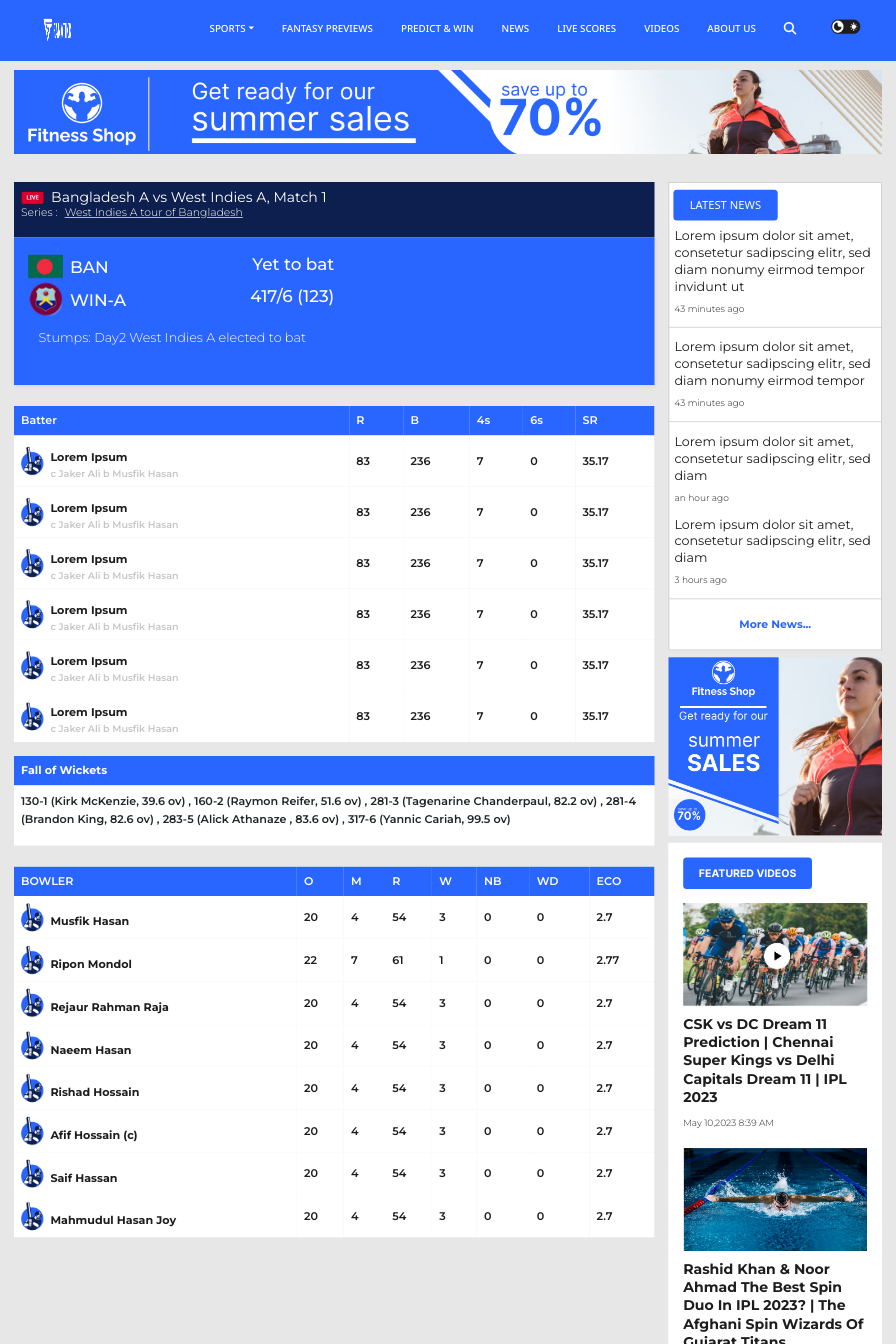
Repository: FlyweisReact/Kannapa
Page: /scoreCard
The author's editor kept a copy of each file at every save. The page is drawn from the files as they stood at one save, then again after a run of saves.
The browser window is 1280 px wide. The pictures show the part of the page from y = 0 to 1920 px (the page is 3936 px tall), at 70% of full size.
Some web libraries are served in a nearby version. The project was rebuilt for these pictures with package versions that can differ from the ones it lists, and the page was loaded fresh each time. Also part of the build but not shown: src/Components/secondScreen.jsx, src/Components/Layout/FadingNav/FadingCategory.js, src/Components/Modal/LoginModal.js, src/Components/Modal/SignupModal.js, src/Components/Layout/FadingNav/FadingNav.js, src/Components/Layout/FadingNav/Header1.js, src/Components/Sliders/Blog-Slider.js, src/Components/Sliders/ScoreCard.js and 15 more.

Above is the page before, as saved 2023-06-19 17:48:52.

### public/index.html
<!-- @format -->

<!DOCTYPE html>
<html lang="en">
  <head>
    <meta charset="utf-8" />
    <link rel="icon" href="%PUBLIC_URL%/favicon.ico" />

    <meta
      name="viewport"
      content="user-scalable=no, width=device-width, initial-scale=1.0"
    />
    <meta name="apple-mobile-web-app-capable" content="yes" />

    <meta name="theme-color" content="#000000" />
    <meta
      name="description"
      content="Web site created using create-react-app"
    />
    <link rel="apple-touch-icon" href="%PUBLIC_URL%/logo192.png" />

    <link rel="manifest" href="%PUBLIC_URL%/manifest.json" />
    <link
      href="https://fonts.googleapis.com/css2?family=Roboto+Mono:ital,wght@1,300&display=swap"
      rel="stylesheet"
    />
    <title>FANATIKK</title>
  </head>
  <body>
    <noscript>You need to enable JavaScript to run this app.</noscript>
    <div id="root"></div>
    <script src="https://code.jquery.com/jquery-3.6.0.min.js"></script>
    <script
      src="https://kit.fontawesome.com/b533b351e4.js"
      crossorigin="anonymous"
    ></script>
  </body>
</html>

### src/index.css
/* Fonts */
@font-face {
  font-family:  Noto Sans;
  src: url(../Fonts/NotoSans-Medium.ttf);
}
@font-face {
  font-family:  Montserrat;
  src: url(../Fonts/Montserrat-Italic-VariableFont_wght.ttf);
}
@font-face {
  font-family:  MontserratNormal;
  src: url(../Fonts/Montserrat-VariableFont_wght.ttf);
}
@font-face {
  font-family:  Inter;
  src: url(../Fonts/Inter-VariableFont_slnt\,wght.ttf);
}
@font-face {
  font-family:  CalgaryDemo;
  src: url(../Fonts/CalgaryDemo/Calgary_DEMO.ttf);
}

/* Var() */
:root {
  --mediumFont: 24px;

}



body {
  font-family: Noto Sans;
  scroll-behavior: smooth;
  overflow-x: hidden !important;
  width: 100%;
  max-width: 100%;
  position: relative;
  background-color: #e7e7e7;
}

html{
  font-family: Noto Sans;
  scroll-behavior: smooth;
}






/* Dark Mode */
.dark-mode {
  background-color:#282727 !important;
  color: #fff !important;
}
.dark-mode tbody tr td{
  background-color:#282727 !important;
  color: #fff !important;
}

.dark-mode .DropDown{
  color: #fff !important;
}
.dark-mode .Left_Container .Item p{
  color: #fff !important;
}
.dark-mode .Main_Item .desc{
  color: #fff !important;
}
.dark-mode .Main_Item .Video_Slider_Dark_P{
  color: #fff ;
}
.dark-mode  .Pagination_Div_Dark_P{
  background-color: #2E2D30 ;
  color: #fff ;
}
.dark-mode .Fantasy_Dark_Select{
  background-color: #1D1D1D;
  color: rgba(255, 255, 255, 0.5)!important;
}
.dark-mode .Left_Comp .date{
  color: #fff  !important;
}
.dark-mode .Left_Comp .desc{
  color: #fff  !important;
}
.dark-mode .Left_Comp .head{
  color: #fff  !important;
}
.dark-mode .Left_Comp .two p{
  color: #fff  !important;
}
.dark-mode   .Item .date{
  color: #fff  !important;
}
.dark-mode   .Item .desc{
  color: #fff  !important;
}
.dark-mode   .Item .head{
  color: #fff  !important;
}
.dark-mode   .Item .two p{
  color: #fff  !important;
}
.dark-mode .Third5_Dark_p{
  color: #fff !important;
}

.dark-mode .third6itm{
  background-color: #282727 !important;
}
.dark-mode .third6itm h4{
  color: #fff !important;
}
.dark-mode .third6itm p{
  color: #fff !important;
}
.dark-mode .third6itm h5{
  color: #fff !important;
}
.dark-mode .third6itm button{
  color: #000 !important;
  background-color: #fff !important;
}
.dark-mode .third10 h4{
  color: #fff  !important;
}
.dark-mode .third10 p{
  color: #fff  !important;
}
.dark-mode .Merge_In .third15 h4{
  color: #fff  !important;
}
.dark-mode .Merge_In .third15 p{
  color: #fff  !important;
}
.dark-mode .Live_Score_Two_Sec .Left_Comp p{
  color: #fff !important;
}
.dark-mode .Live_Score_Two_Sec .Left_Comp button{
  background-color: transparent ;
}
.dark-mode .Live_Score_Two_Sec .Left_Comp .Two_Sec_Div .Item{
  background-color: transparent ;
}
.dark-mode .Live_Score_Two_Sec .Left_Comp .Two_Sec {
  border-bottom: 1px solid #fff;
}

.dark-mode .AboutUs_Content p{
  color: #fff !important;
}

.dark-mode .AboutUs_Content ul li{
  color: #fff !important;
}

### src/Pages/ScoreCard.js
/** @format */

import React, { useEffect } from "react";
import Navbar from "../Components/Layout/Navbar";
import img2 from "../images/c30.png";
import img8 from "../images/c27.png";
import img9 from "../images/c31.png";
import img10 from "../images/c32.png";
import Footer from "../Components/Layout/Footer";

const ScoreCard = () => {

    useEffect(() => {
        window.scrollTo(0,0)
    },[])

  return (
    <>
      <Navbar />

      <div className="Index_Center_Banner">
        <img src="./Images/1.png" alt="" />
      </div>

      <div className="Live_Score_Two_Sec ScoreCard_Two_Sec_Layout ">
        <div className="Left_Comp">
          <div className="Table_Comp">
            <div className="fourth2">
              <div className="fourth3">
                <img src={img2} alt="" />
                <h2>Bangladesh A vs West Indies A, Match 1</h2>
              </div>

              <div className="fourth3">
                <p>Series : </p>
                <p style={{ textDecoration: "underline" }}>
                  West Indies A tour of Bangladesh
                </p>
              </div>
            </div>

            <div className="fourth4">
              <div className="fourth5">
                <div className="fourth6">
                  <img src={img8} alt="" />
                  <h4>BAN</h4>
                </div>
                <h2>Yet to bat</h2>
              </div>
              <div className="fourth5">
                <div className="fourth6">
                  <img src={img9} alt="" />
                  <h4>WIN-A</h4>
                </div>
                <h2>417/6 (123)</h2>
              </div>
              <p className="fourthP">
                Stumps: Day2 West Indies A elected to bat
              </p>
            </div>

            <div className="fourth7">
              <table className="fourth8">
                <thead>
                  <tr>
                    <th>Batter</th>
                    <th>R</th>
                    <th>B</th>
                    <th>4s</th>
                    <th>6s</th>
                    <th>SR</th>
                  </tr>
                </thead>
                <tbody>
                  <tr>
                    <td>
                      <div className="fourth9">
                        <img src={img10} alt="" />
                        <div className="fourth10">
                          <h6>Lorem Ipsum</h6>
                          <p>c Jaker Ali b Musfik Hasan</p>
                        </div>
                      </div>
                    </td>
                    <td>83</td>
                    <td>236</td>
                    <td>7</td>
                    <td>0</td>
                    <td>35.17</td>
                  </tr>
                  <tr>
                    <td>
                      <div className="fourth9">
                        <img src={img10} alt="" />
                        <div className="fourth10">
                          <h6>Lorem Ipsum</h6>
                          <p>c Jaker Ali b Musfik Hasan</p>
                        </div>
                      </div>
                    </td>
                    <td>83</td>
                    <td>236</td>
                    <td>7</td>
                    <td>0</td>
                    <td>35.17</td>
                  </tr>
                  <tr>
                    <td>
                      <div className="fourth9">
                        <img src={img10} alt="" />
                        <div className="fourth10">
                          <h6>Lorem Ipsum</h6>
                          <p>c Jaker Ali b Musfik Hasan</p>
                        </div>
                      </div>
                    </td>
                    <td>83</td>
                    <td>236</td>
                    <td>7</td>
                    <td>0</td>
                    <td>35.17</td>
                  </tr>
                  <tr>
                    <td>
                      <div className="fourth9">
                        <img src={img10} alt="" />
                        <div className="fourth10">
                          <h6>Lorem Ipsum</h6>
                          <p>c Jaker Ali b Musfik Hasan</p>
                        </div>
                      </div>
                    </td>
                    <td>83</td>
                    <td>236</td>
                    <td>7</td>
                    <td>0</td>
                    <td>35.17</td>
                  </tr>
                  <tr>
                    <td>
                      <div className="fourth9">
                        <img src={img10} alt="" />
                        <div className="fourth10">
                          <h6>Lorem Ipsum</h6>
                          <p>c Jaker Ali b Musfik Hasan</p>
                        </div>
                      </div>
                    </td>
                    <td>83</td>
                    <td>236</td>
                    <td>7</td>
                    <td>0</td>
                    <td>35.17</td>
                  </tr>
                  <tr>
                    <td>
                      <div className="fourth9">
                        <img src={img10} alt="" />
                        <div className="fourth10">
                          <h6>Lorem Ipsum</h6>
                          <p>c Jaker Ali b Musfik Hasan</p>
                        </div>
                      </div>
                    </td>
                    <td>83</td>
                    <td>236</td>
                    <td>7</td>
                    <td>0</td>
                    <td>35.17</td>
                  </tr>
                </tbody>
              </table>
            </div>
          </div>

          <div className="Content_Div">
            <p className="head">Fall of Wickets</p>
            <div>
              <p>
                130-1 (Kirk McKenzie, 39.6 ov) , 160-2 (Raymon Reifer, 51.6 ov)
                , 281-3 (Tagenarine Chanderpaul, 82.2 ov) , 281-4 (Brandon King,
                82.6 ov) , 283-5 (Alick Athanaze , 83.6 ov) , 317-6 (Yannic
                Cariah, 99.5 ov)
              </p>
            </div>
          </div>


          <div className="Table_Comp">
            <div className="fourth7">
              <table className="fourth8">
                <thead>
                  <tr>
                    <th>BOWLER</th>
                    <th>O</th>
                    <th>M</th>
                    <th>R</th>
                    <th>W</th>
                    <th>NB</th>
                    <th>WD</th>
                    <th>ECO</th>
                  </tr>
                </thead>
                <tbody>
                  <tr>
                    <td>
                      <div className="fourth9">
                        <img src={img10} alt="" />
                        <div className="fourth10">
                          <h6>Musfik Hasan</h6>
                        </div>
                      </div>
                    </td>
                    <td>20</td>
                    <td>4</td>
                    <td>54</td>
                    <td>3</td>
                    <td>0</td>
                    <td>0</td>
                    <td>2.7</td>
                  </tr>


                  <tr>
                    <td>
                      <div className="fourth9">
                        <img src={img10} alt="" />
                        <div className="fourth10">
                          <h6>Ripon Mondol</h6>
                        </div>
                      </div>
                    </td>
                    <td>22</td>
                    <td>7</td>
                    <td>61</td>
                    <td>1</td>
                    <td>0</td>
                    <td>0</td>
                    <td>2.77</td>
                  </tr>



                  <tr>
                    <td>
                      <div className="fourth9">
                        <img src={img10} alt="" />
                        <div className="fourth10">
                          <h6>Rejaur Rahman Raja</h6>
                        </div>
                      </div>
                    </td>
                    <td>20</td>
                    <td>4</td>
                    <td>54</td>
                    <td>3</td>
                    <td>0</td>
                    <td>0</td>
                    <td>2.7</td>
                  </tr>



                  <tr>
                    <td>
                      <div className="fourth9">
                        <img src={img10} alt="" />
                        <div className="fourth10">
                          <h6>Naeem Hasan</h6>
                        </div>
                      </div>
                    </td>
                    <td>20</td>
                    <td>4</td>
                    <td>54</td>
                    <td>3</td>
                    <td>0</td>
                    <td>0</td>
                    <td>2.7</td>
                  </tr>

                  <tr>
                    <td>
                      <div className="fourth9">
                        <img src={img10} alt="" />
                        <div className="fourth10">
                          <h6>Rishad Hossain</h6>
                        </div>
                      </div>
                    </td>
                    <td>20</td>
                    <td>4</td>
                    <td>54</td>
                    <td>3</td>
                    <td>0</td>
                    <td>0</td>
                    <td>2.7</td>
                  </tr>


                  <tr>
                    <td>
                      <div className="fourth9">
                        <img src={img10} alt="" />
                        <div className="fourth10">
                          <h6>Afif Hossain (c)</h6>
                        </div>
                      </div>
                    </td>
                    <td>20</td>
                    <td>4</td>
                    <td>54</td>
                    <td>3</td>
                    <td>0</td>
                    <td>0</td>
                    <td>2.7</td>
                  </tr>


                  <tr>
                    <td>
                      <div className="fourth9">
                        <img src={img10} alt="" />
                        <div className="fourth10">
                          <h6>Saif Hassan</h6>
                        </div>
                      </div>
                    </td>
                    <td>20</td>
                    <td>4</td>
                    <td>54</td>
                    <td>3</td>
                    <td>0</td>
                    <td>0</td>
                    <td>2.7</td>
                  </tr>

                  <tr>
                    <td>
                      <div className="fourth9">
                        <img src={img10} alt="" />
                        <div className="fourth10">
                          <h6>Mahmudul Hasan Joy</h6>
                        </div>
                      </div>
                    </td>
                    <td>20</td>
                    <td>4</td>
                    <td>54</td>
                    <td>3</td>
                    <td>0</td>
                    <td>0</td>
                    <td>2.7</td>
                  </tr>

                </tbody>
              </table>
            </div>
          </div>

        </div>

        <div className="Right_Comp">
          <div className="third8">
            <div className="third9">
              <button>LATEST NEWS</button>
            </div>

            <div className="third10">
              <h4>
                Lorem ipsum dolor sit amet, consetetur sadipscing elitr, sed
                diam nonumy eirmod tempor invidunt ut
              </h4>
              <p>43 minutes ago</p>
            </div>
            <hr className="horizontal2" />
            <div className="third10">
              <h4>
                Lorem ipsum dolor sit amet, consetetur sadipscing elitr, sed
                diam nonumy eirmod tempor
              </h4>
              <p>43 minutes ago</p>
            </div>
            <hr className="horizontal2" />
            <div className="third10">
              <h4>
                Lorem ipsum dolor sit amet, consetetur sadipscing elitr, sed
                diam
              </h4>
              <p>an hour ago</p>
            </div>
            <div className="third10">
              <h4>
                Lorem ipsum dolor sit amet, consetetur sadipscing elitr, sed
                diam{" "}
              </h4>
              <p>3 hours ago</p>
            </div>
            <hr className="horizontal2" />

            <h3 className="third11">More News...</h3>
          </div>

          <div className="third12 HIde_THid_One">
            <img src="./Images/88.png" alt="" />
          </div>

          <div className="third13">
            <div className="third14">
              <button>FEATURED VIDEOS</button>
            </div>

                    <div className="Merge_In">
            <div className="third15 ">
              <img src="./Images/8.png" alt="" />
              <h4>
                CSK vs DC Dream 11 Prediction | Chennai Super Kings vs Delhi
                Capitals Dream 11 | IPL 2023
              </h4>
              <p>May 10,2023 8:39 AM</p>
            </div>

            <div className="third15">
              <img src="./Images/90.png" alt="" />
              <h4>
                Rashid Khan & Noor Ahmad The Best Spin Duo In IPL 2023? | The
                Afghani Spin Wizards Of Gujarat Titans
              </h4>
              <p>May 9, 2023 6:42 PM</p>
            </div>

            <div className="third15">
              <img src="./Images/10.png" alt="" />
              <h4>
                Rajasthan Royal's Recent Form - A Concern For Sanju Samson |
                What's Going Wrong For Rajasthan Royals
              </h4>
              <p>May 10,2023 8:39 AM</p>
            </div>
            <div className="third15">
              <img src="./Images/8.png" alt="" />
              <h4>
                CSK vs DC Dream 11 Prediction | Chennai Super Kings vs Delhi
                Capitals Dream 11 | IPL 2023
              </h4>
              <p>May 10,2023 8:39 AM</p>
            </div>

            <div className="third15">
              <img src="./Images/90.png" alt="" />
              <h4>
                Rashid Khan & Noor Ahmad The Best Spin Duo In IPL 2023? | The
                Afghani Spin Wizards Of Gujarat Titans
              </h4>
              <p>May 9, 2023 6:42 PM</p>
            </div>

            <div className="third15">
              <img src="./Images/10.png" alt="" />
              <h4>
                Rajasthan Royal's Recent Form - A Concern For Sanju Samson |
                What's Going Wrong For Rajasthan Royals
              </h4>
              <p>May 10,2023 8:39 AM</p>
            </div>
            </div>
          </div>
        </div>
      </div>

      <Footer />
    </>
  );
};

export default ScoreCard;

### src/CSS/Footer.css
/** @format */

.Footer {
  background-color: #000000;
  color: #fff;
  padding: 20px;
  padding-bottom: 40px;
}
.Footer .Upper_Footer {
  display: flex;
  align-items: flex-start;
  justify-content: space-evenly;
}
.Footer .Upper_Footer .Left_Comp {
  width: 20%;
  padding: 20px;
  align-self: flex-end;
}
.Footer .Upper_Footer .Mid_Comp {
  width: 20%;
  padding: 20px;
}
.Footer .Upper_Footer .Right_Comp {
  width: 40%;
  padding: 20px;
}

.Footer .Upper_Footer .Left_Comp .Social_Div {
  display: flex;
  gap: 20px;
  align-items: center;
  padding-top: 20px;
}
.Footer .Upper_Footer .Left_Comp .Social_Div div {
  display: flex;
  gap: 10px;
  align-items: center;
}
.Footer .Upper_Footer .Left_Comp .Social_Div p {
  margin: 0;
  font-family: Noto Sans;
  font-size: 18.9125px;
}

.Footer .Upper_Footer .Upper_Div {
  position: relative;
  border-bottom: 1px solid #fff;
}
.Footer .Upper_Footer .Upper_Div p {
  font-family: Inter;
  font-style: normal;
  font-weight: 600;
  font-size: 16px;
  line-height: 32px;
  color: #ffffff;
}
.Footer .Upper_Footer .Upper_Div .empty {
  position: absolute;
  background-color: #2965ff;
  width: 20%;
  height: 3px;
  bottom: -2px;
  z-index: 1;
}
.Footer .Upper_Footer .Mid_Comp ul {
  list-style: none;
  padding-top: 10px;
  padding-left: 0;
}
.Footer .Upper_Footer .Mid_Comp ul li {
  margin-top: 20px;
  font-family: Noto Sans;
  font-size: 18px;
  cursor: pointer;
  line-height: 20px;
}
.Footer .Upper_Footer .Right_Comp .Ul_Merge {
  display: flex;
  justify-content: space-between;
  align-items: center;
}

.Footer .Upper_Footer .Right_Comp .Ul_Merge ul {
  list-style: none;
  padding-top: 10px;
  padding-left: 0;
  width: 40%;
}
.Footer .Upper_Footer .Right_Comp .Ul_Merge ul li {
  margin-top: 20px;
  font-family: Noto Sans;
  font-size: 18px;
  cursor: pointer;
  line-height: 20px;
  display: flex;
  gap: 10px;
  align-items: center;
}
.Footer .Bottom_Footer {
  margin-top: 20px;
  display: flex;
  flex-direction: column;
  padding-right: 5%;
}
.Footer .Bottom_Footer .empty {
  background-color: #fff;
  width: 95%;
  display: block;
  margin: auto;
  height: 2px;
margin-left: 5%;
}
.Footer .Bottom_Footer p {
  align-self: flex-end;
  margin-top: 20px;
  font-family: Noto Sans;
font-style: normal;
font-weight: 400;
font-size: 14px;
line-height: 24px;
}
.Footer .Bottom_Footer p span{
    color: #2965FF;
}

Loaded but not shown: src/App.css (common file); src/Components/Layout/Navbar.js (212 lines, source omitted); src/Components/Layout/Footer.js (107 lines, source omitted); src/App.js (67 lines, source omitted); src/Components/Modal/ContactModal.js (38 lines, source omitted); src/index.js (22 lines, source omitted); src/Components/MyContext.js (22 lines, source omitted); src/Components/shared/CenterBanner.js (13 lines, source omitted); src/CSS/Component.css (2935 lines, source omitted); src/CSS/Mobile.css (618 lines, source omitted); src/CSS/Tab.css (402 lines, source omitted); src/CSS/Navbar.css (376 lines, source omitted); src/CSS/Responsive.css (155 lines, source omitted)

After the next 2 saves:
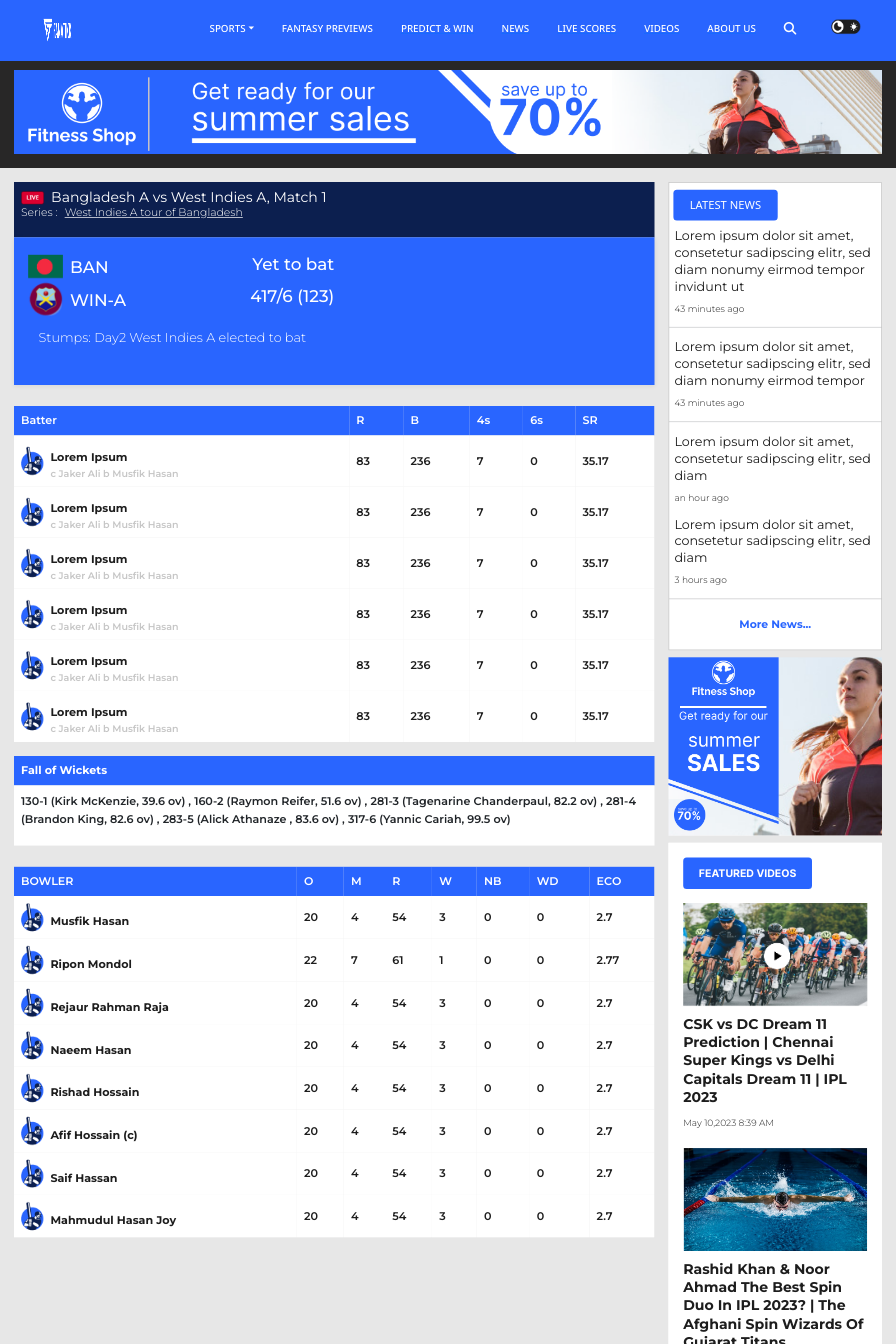
The 2 saves are shown as one change because they came seconds apart.
The last was saved 79 s later.
--- a/src/Pages/ScoreCard.js
+++ b/src/Pages/ScoreCard.js
@@ -7,6 +7,7 @@ import img8 from "../images/c27.png";
 import img9 from "../images/c31.png";
 import img10 from "../images/c32.png";
 import Footer from "../Components/Layout/Footer";
+import CenterBanner from "../Components/shared/CenterBanner";
 
 const ScoreCard = () => {
 
@@ -17,10 +18,7 @@ const ScoreCard = () => {
   return (
     <>
       <Navbar />
-
-      <div className="Index_Center_Banner">
-        <img src="./Images/1.png" alt="" />
-      </div>
+      <CenterBanner />
 
       <div className="Live_Score_Two_Sec ScoreCard_Two_Sec_Layout ">
         <div className="Left_Comp">
